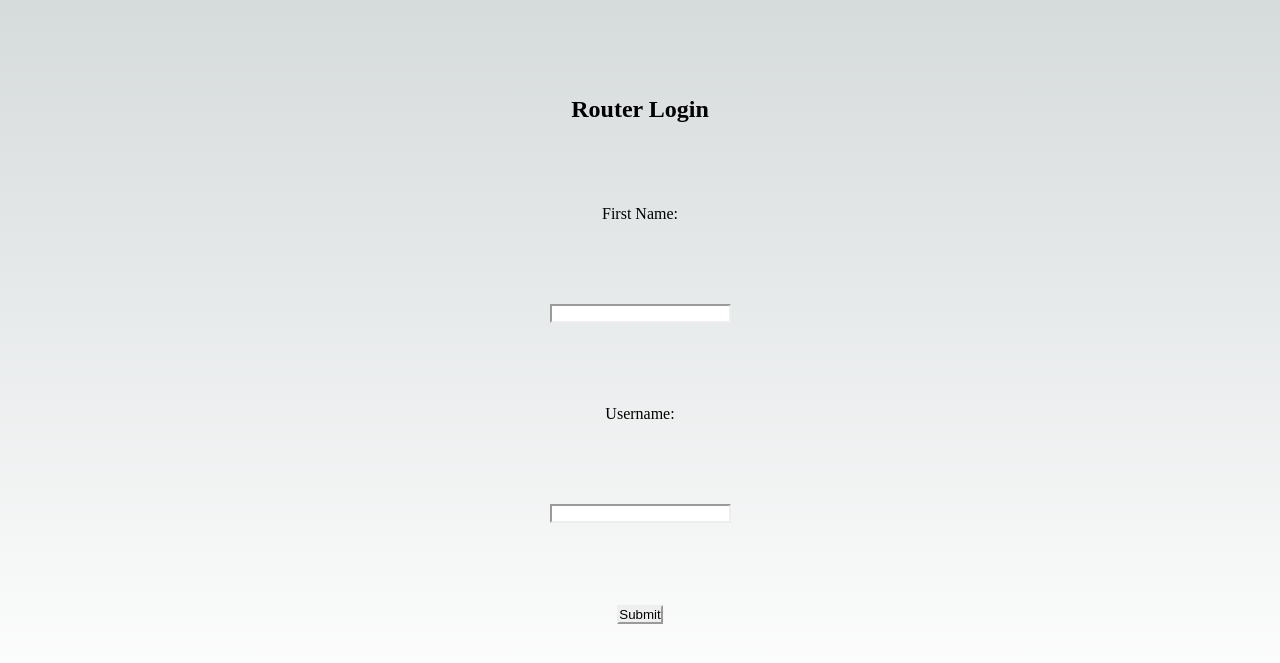
Repository: Mariessa-Pinto/week2-next.js-next-router-login
Page: /
An editor plug-in stored every save of this project. The page is shown before and after the next save, followed by the edit.
The browser window is 1280 px wide. The pictures show the whole page.
The project was rebuilt for these pictures with package versions that can differ from the ones it lists, and the page was loaded fresh each time. The framework's server and built-in components were replaced by stand-ins that run in the browser. Also part of the build but not shown: next.config.js.

Above is the page before, as saved 2023-01-11 07:32:54.

### pages/index.js
import Head from 'next/head'
import Image from 'next/image'
import { Inter } from '@next/font/google'
import styles from '../styles/Home.module.css'
import { useState } from 'react'
import { useRouter } from 'next/router'

const inter = Inter({ subsets: ['latin'] })

export default function Home() {

  const router = useRouter()

  const [formData, setFormData] = useState({
    firstName: '',
    username: ''
  })

  const CheckLogin = () => {
    console.log(formData.firstName)
    console.log(formData)

    if(formData.username !== null) {
      router.push( {
        pathname: './counter',
        query: {
          username: formData.username
        }
      })
    }
  }

  return (
    <>
      <Head>
        <title>Create Next App</title>
        <meta name="description" content="Generated by create next app" />
        <meta name="viewport" content="width=device-width, initial-scale=1" />
        <link rel="icon" href="/favicon.ico" />
      </Head>
      <main className={styles.main}>

       <h2>Router Login</h2>
       <label>First Name:</label>
       <input
        type = "text"
        id = "first"
        name = "first"
        required
        pattern ="[A-Z]{1}[a-z]{2,10}"
        title="The first letter should be capitalized"
        onChange={(e => setFormData({...formData, firstName: e.target.value}))}
       />

       <label>Username:</label>
       <input
        type = "text"
        id = "username"
        name = "username"
        required
        title="Type your username"
        minLength="5"
        maxLength="10"
        onChange={(e => setFormData({...formData, username: e.target.value}))}
       />
       <button type="submit" onClick={() => CheckLogin()}>Submit</button>
      </main>
    </>
  )
}

### styles/globals.css
:root {
  --max-width: 1100px;
  --border-radius: 12px;
  --font-mono: ui-monospace, Menlo, Monaco, 'Cascadia Mono', 'Segoe UI Mono',
    'Roboto Mono', 'Oxygen Mono', 'Ubuntu Monospace', 'Source Code Pro',
    'Fira Mono', 'Droid Sans Mono', 'Courier New', monospace;

  --foreground-rgb: 0, 0, 0;
  --background-start-rgb: 214, 219, 220;
  --background-end-rgb: 255, 255, 255;

  --primary-glow: conic-gradient(
    from 180deg at 50% 50%,
    #16abff33 0deg,
    #0885ff33 55deg,
    #54d6ff33 120deg,
    #0071ff33 160deg,
    transparent 360deg
  );
  --secondary-glow: radial-gradient(
    rgba(255, 255, 255, 1),
    rgba(255, 255, 255, 0)
  );

  --tile-start-rgb: 239, 245, 249;
  --tile-end-rgb: 228, 232, 233;
  --tile-border: conic-gradient(
    #00000080,
    #00000040,
    #00000030,
    #00000020,
    #00000010,
    #00000010,
    #00000080
  );

  --callout-rgb: 238, 240, 241;
  --callout-border-rgb: 172, 175, 176;
  --card-rgb: 180, 185, 188;
  --card-border-rgb: 131, 134, 135;
}

@media (prefers-color-scheme: dark) {
  :root {
    --foreground-rgb: 255, 255, 255;
    --background-start-rgb: 0, 0, 0;
    --background-end-rgb: 0, 0, 0;

    --primary-glow: radial-gradient(rgba(1, 65, 255, 0.4), rgba(1, 65, 255, 0));
    --secondary-glow: linear-gradient(
      to bottom right,
      rgba(1, 65, 255, 0),
      rgba(1, 65, 255, 0),
      rgba(1, 65, 255, 0.3)
    );

    --tile-start-rgb: 2, 13, 46;
    --tile-end-rgb: 2, 5, 19;
    --tile-border: conic-gradient(
      #ffffff80,
      #ffffff40,
      #ffffff30,
      #ffffff20,
      #ffffff10,
      #ffffff10,
      #ffffff80
    );

    --callout-rgb: 20, 20, 20;
    --callout-border-rgb: 108, 108, 108;
    --card-rgb: 100, 100, 100;
    --card-border-rgb: 200, 200, 200;

    --dark-red: darkred;
  }
}

* {
  box-sizing: border-box;
  padding: 0;
  margin: 0;
  border-color: rgb(var(--dark-red));
}

html,
body {
  max-width: 100vw;
  overflow-x: hidden;
}

body {
  color: rgb(var(--foreground-rgb));
  background: linear-gradient(
      to bottom,
      transparent,
      rgb(var(--background-end-rgb))
    )
    rgb(var(--background-start-rgb));
}

a {
  color: inherit;
  text-decoration: none;
}

@media (prefers-color-scheme: dark) {
  html {
    color-scheme: dark;
  }
}

Loaded but not shown: pages/_app.js (common file); pages/_document.js (common file); styles/Home.module.css (common file)

After the next save:
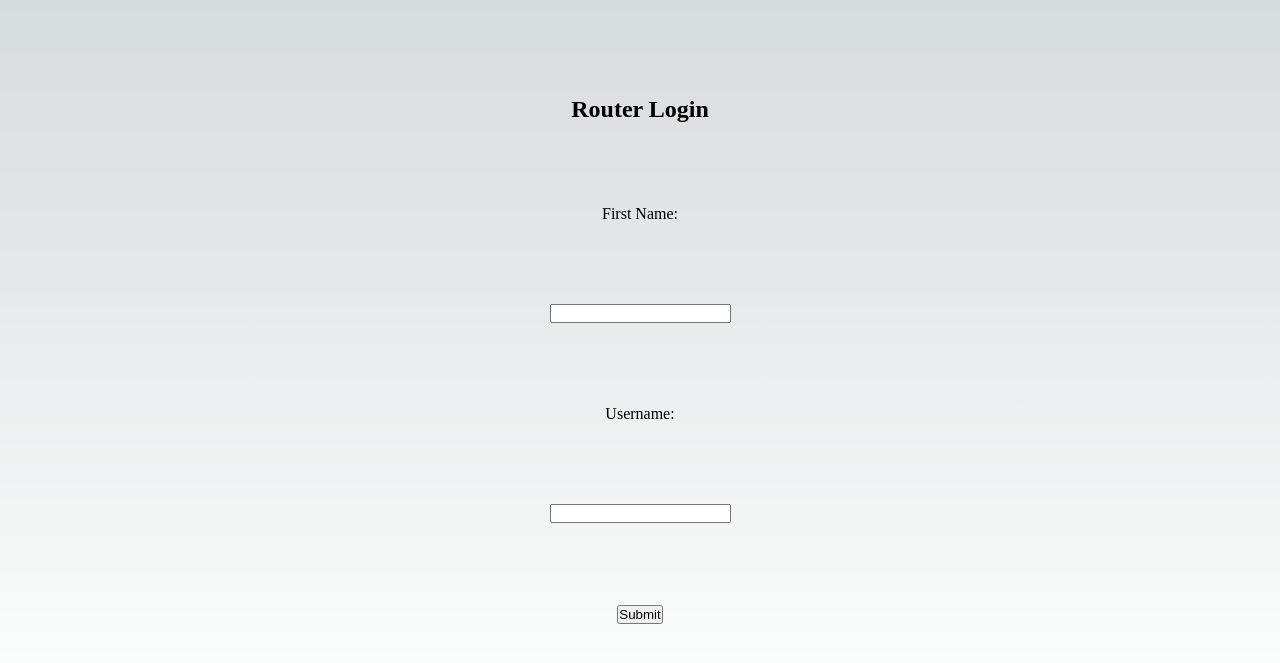
Saved 23 s later.
--- a/styles/globals.css
+++ b/styles/globals.css
@@ -79,7 +79,6 @@
   box-sizing: border-box;
   padding: 0;
   margin: 0;
-  border-color: rgb(var(--dark-red));
 }
 
 html,
